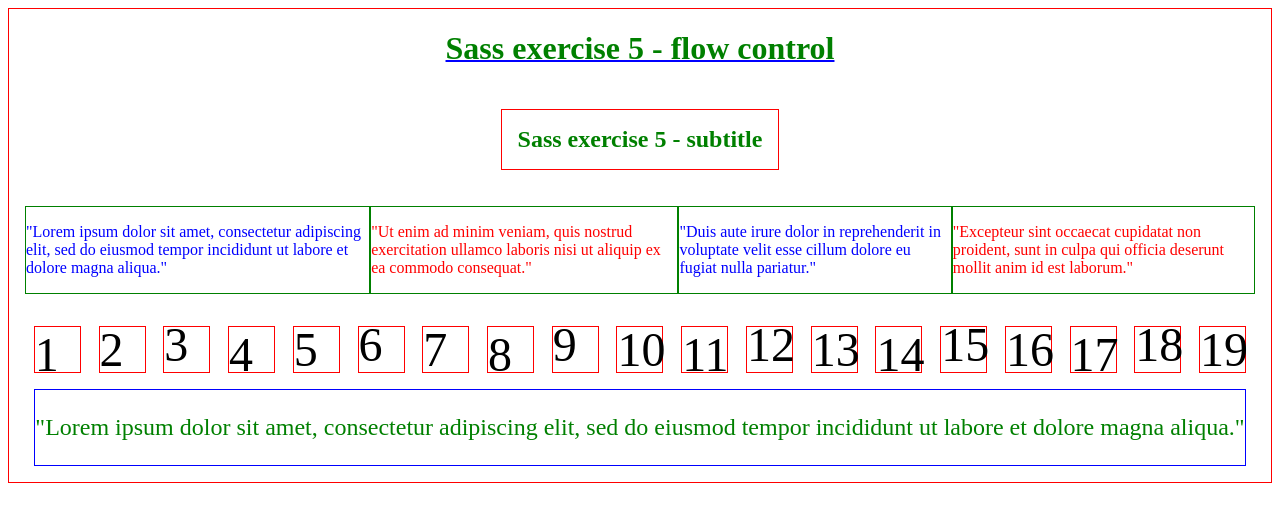
Repository: tr2cky/sass5
Page: index.html
The author's editor kept a copy of each file at every save. The page is drawn from the files as they stood at one save, then again after the next save.
The browser window is 1280 px wide. The pictures show the whole page.
The style sheet was rebuilt from its Sass, Less or Tailwind sources for each picture, by a compiler version that may differ from the author's.

Above is the page before, as saved 2022-10-16 13:07:38.

After the next save:
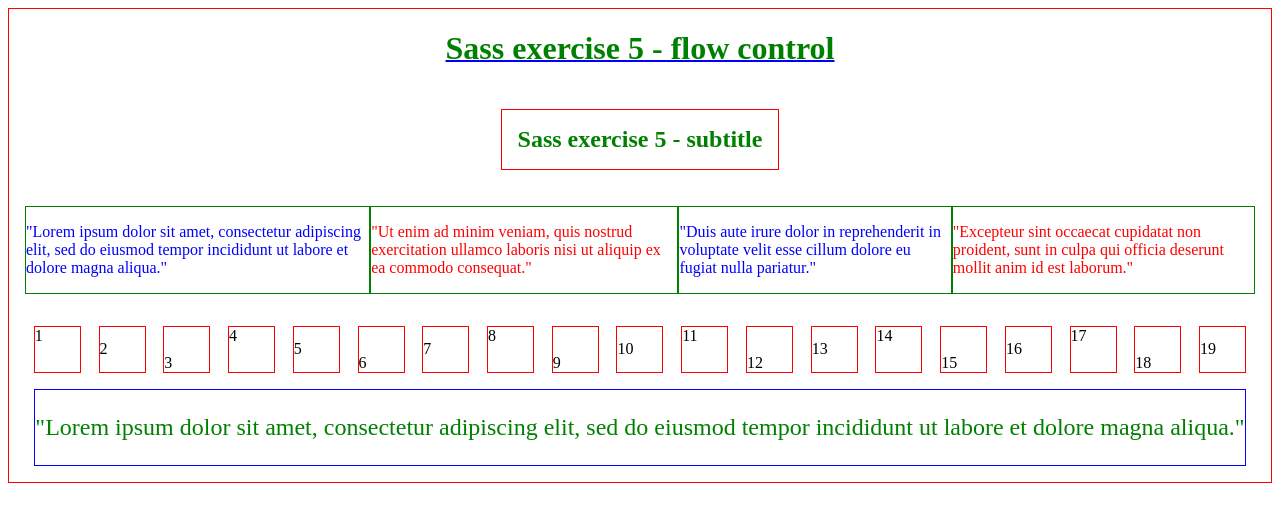
Saved 55 s later.
--- a/style.scss
+++ b/style.scss
@@ -16,9 +16,7 @@ $sizes: 1rem, 2rem, 3rem;
         height: toRem(45);
     }
     @each $size in $sizes {
-        & div {
-            font-size: $size;
-        }
+
     }
     & .fs-2rem {
         display: flex;
